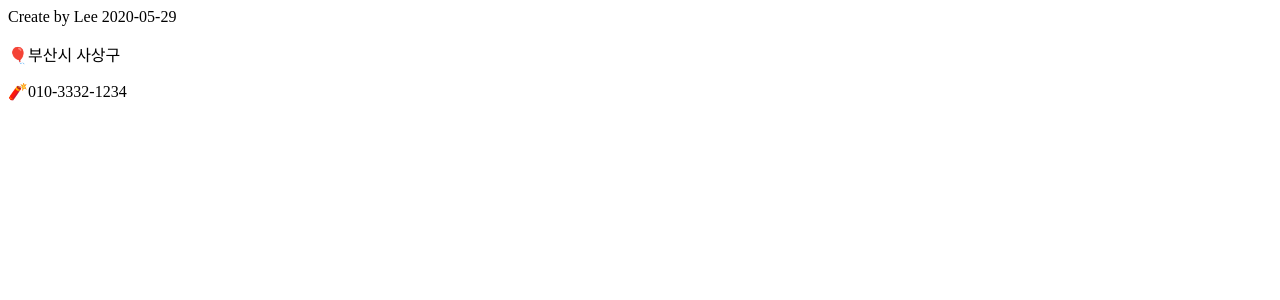
Repository: bk6717/jspwork
Page: http://localhost/blog/include/footer.jsp
An editor plug-in stored every save of this project. The page is shown before and after the next save, followed by the edit.
The browser window is 1280 px wide. The pictures show the whole page.
The page is served by Tomcat 9.

Above is the page before, as saved 2020-05-29 02:06:22.

After the next save:
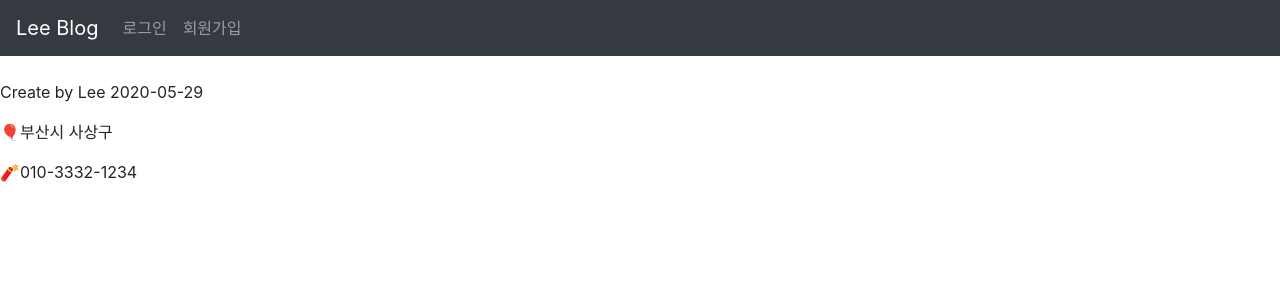
Saved 52 s later.
--- a/blog2/src/com/cos/blog/WebContent/include/footer.jsp
+++ b/blog2/src/com/cos/blog/WebContent/include/footer.jsp
@@ -1,7 +1,7 @@
 <%@ page language="java" contentType="text/html; charset=UTF-8"
     pageEncoding="UTF-8"%>
-    <div class="jumbotron text-center" style="margin-bottom:0">
 
+<%@ include file = "../include/nav.jsp" %> <!--  상대경로.. -->
  <p>Create by Lee 2020-05-29</p>
    <p>🎈부산시 사상구 </p>
    <p>🧨010-3332-1234 </p>
